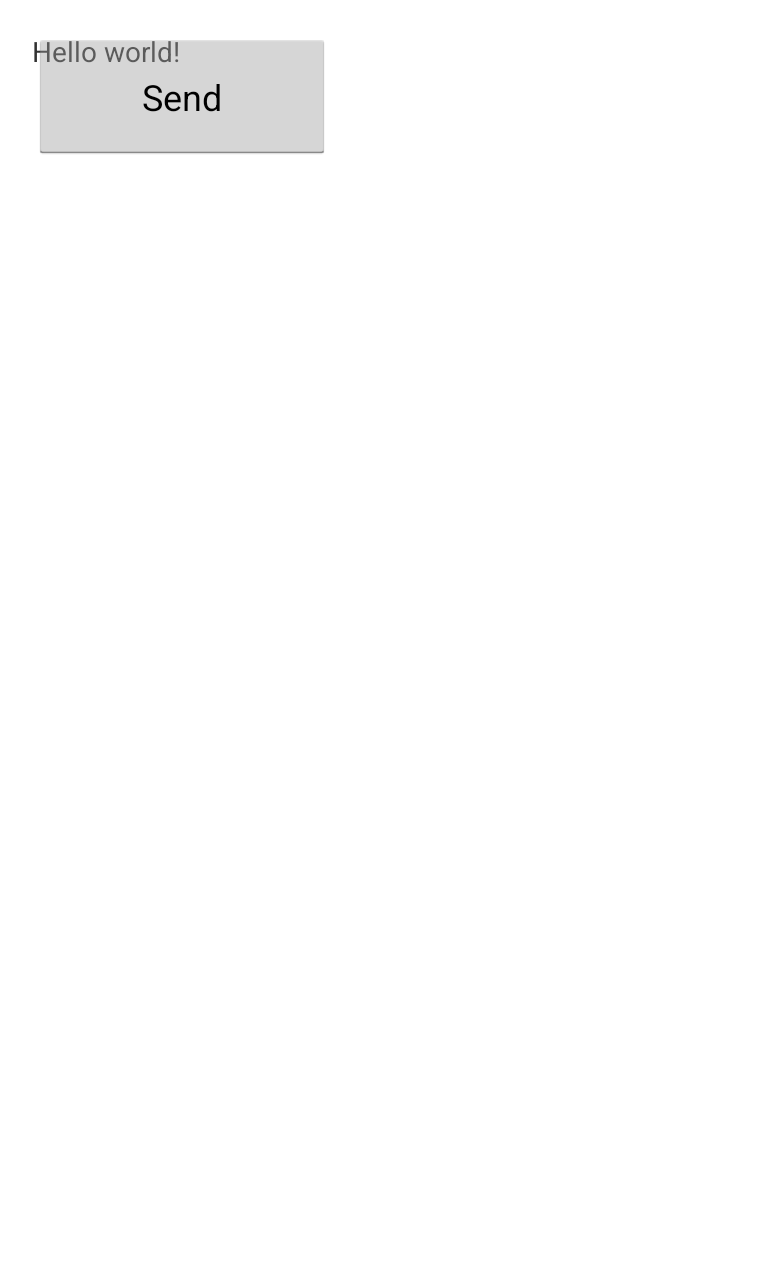
Repository: stefanyhurtado/Control2
Layout: Aci810-control1/Xxklmvalmv/res/layout/activity_main.xml
An editor plug-in stored every save of this project. The layout is shown before and after the next save, followed by the edit.
It is drawn on a 768 x 1280 px phone screen (xhdpi) without system bars, with theme AppTheme; the app's code is not run.

Above is the layout before, as saved 2013-10-21 19:11:14.

### Aci810-control1/Xxklmvalmv/res/layout/activity_main.xml
<RelativeLayout xmlns:android="http://schemas.android.com/apk/res/android"
    xmlns:tools="http://schemas.android.com/tools"
    android:layout_width="match_parent"
    android:layout_height="match_parent"
    android:paddingBottom="@dimen/activity_vertical_margin"
    android:paddingLeft="@dimen/activity_horizontal_margin"
    android:paddingRight="@dimen/activity_horizontal_margin"
    android:paddingTop="@dimen/activity_vertical_margin"
    tools:context=".MainActivity" >

    <TextView
        android:layout_width="wrap_content"
        android:layout_height="wrap_content"
        android:text="@string/hello_world" />
    <Button
       android:id="@+id/button1"
       android:layout_width="150dp"
       android:layout_height="wrap_content"
       android:layout_gravity="center"
        android:text="@string/Button1_send"
        android:padding="20dip"  />

</RelativeLayout>

### Aci810-control1/Xxklmvalmv/res/values/strings.xml
<?xml version="1.0" encoding="utf-8"?>
<resources>

    <string name="app_name">Xxklmvalmv</string>
    <string name="action_settings">Settings</string>
    <string name="hello_world">Hello world!</string>
     <string name="Button1_send">Send</string>
    <string name="title_activity_activitya">Activitya</string>

</resources>

Loaded but not shown: Aci810-control1/Xxklmvalmv/res/values/styles.xml (common file); Aci810-control1/Xxklmvalmv/res/values-v11/styles.xml (common file); Aci810-control1/Xxklmvalmv/res/values-v14/styles.xml (common file); Aci810-control1/Xxklmvalmv/res/values/dimens.xml (common file)

After the next save:
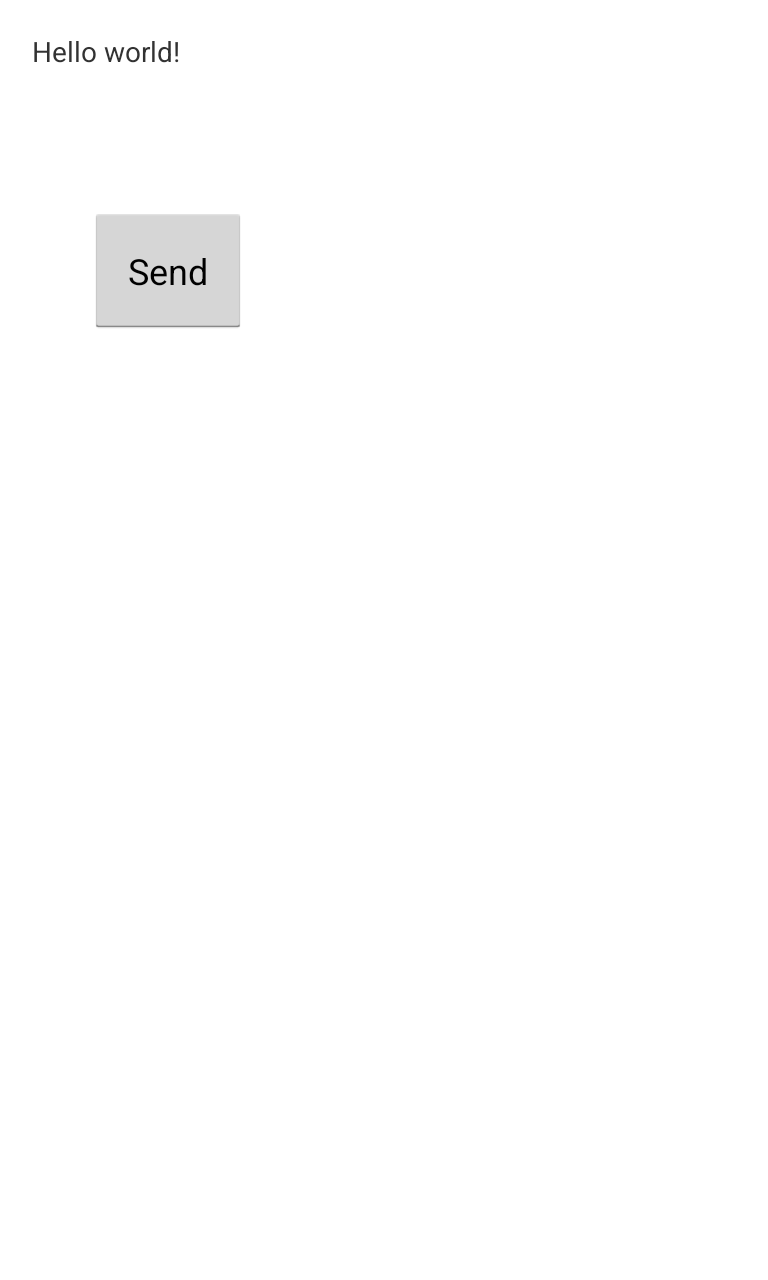
Saved 5 min 2 s later.
--- a/Aci810-control1/Xxklmvalmv/res/layout/activity_main.xml
+++ b/Aci810-control1/Xxklmvalmv/res/layout/activity_main.xml
@@ -9,15 +9,20 @@
     tools:context=".MainActivity" >
 
     <TextView
+        android:id="@+id/textView1"
         android:layout_width="wrap_content"
         android:layout_height="wrap_content"
         android:text="@string/hello_world" />
+
     <Button
-       android:id="@+id/button1"
-       android:layout_width="150dp"
-       android:layout_height="wrap_content"
-       android:layout_gravity="center"
-        android:text="@string/Button1_send"
-        android:padding="20dip"  />
+        android:id="@+id/button1"
+        android:layout_width="wrap_content"
+        android:layout_height="wrap_content"
+        android:layout_alignLeft="@+id/textView1"
+        android:layout_below="@+id/textView1"
+        android:layout_marginLeft="28dp"
+        android:layout_marginTop="68dp"
+        android:padding="20dip"
+        android:text="@string/Button1_send" />
 
 </RelativeLayout>
